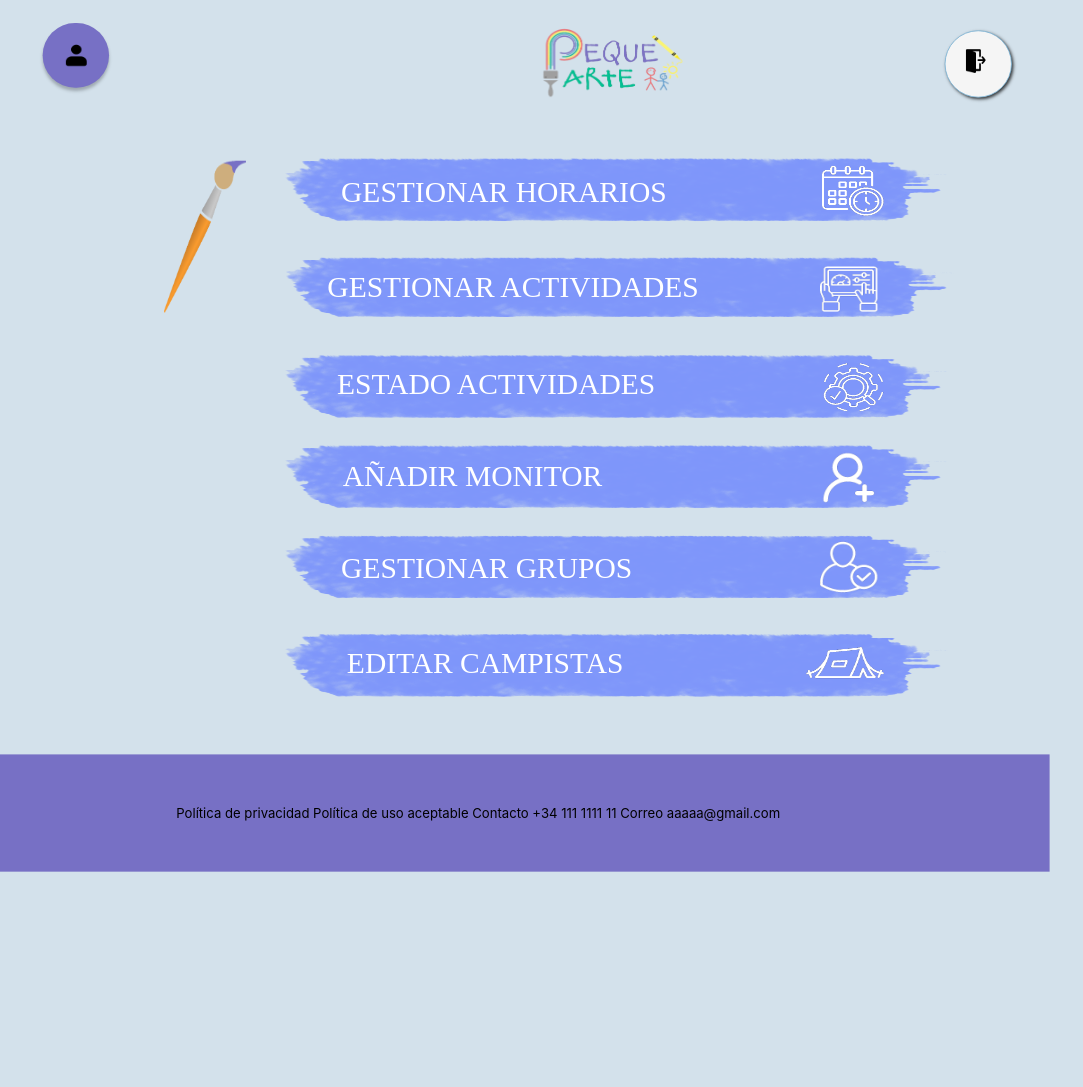
Repository: maariadomiingo/Proyecto-Integrador-Campamento
Page: html/interfaz_coordinador.html
The author's editor kept a copy of each file at every save. The page is drawn from the files as they stood at one save, then again after a run of saves.
The browser window is 1280 px wide. The page is 1321 px wide, so the pictures cover 1321 px, including what lies to the right of the window. The pictures show the whole page, at 82% of full size.

Above is the page before, as saved 2025-02-05 11:49:16.

### html/interfaz_coordinador.html
<!DOCTYPE html>
<html lang="es">
  <head>
    <meta charset="UTF-8" />
    <meta name="viewport" content="width=device-width, initial-scale=1.0" />
    <title>Documento</title>
    <link rel="stylesheet" href="../css/interfaz_coordinador.css" />
  </head>
  <body>
    <div class="contenedor">
      <div class="fondo"></div>
      <div class="circulo"></div>
      <img class="icono-usuario" src="../img/user.png" />
      <div class="circulo-salir"></div>
      <img class="icono-salir" src="../img/cerrar-sesion.png" />
      <div class="pie-de-pagina"></div>
      <div class="texto-pie-de-pagina">
        Política de privacidad Política de uso aceptable Contacto +34 111 1111
        11 Correo aaaaa@gmail.com
      </div>
      <div class="div-vacio"></div>
      <img class="trazo-pincel-1" src="../img/trazo-pincel.png" />
      <img class="trazo-pincel-2" src="../img/trazo-pincel.png" />
      <img class="trazo-pincel-3" src="../img/trazo-pincel.png" />
      <div class="agregar-monitor">
        <div class="texto-agregar-monitor">AÑADIR MONITOR</div>
      </div>
      <img class="icono-añadirMonitor" src="../img/anadir.png" />

      <img class="icono-estado-actividades" src="../img/actividades.png" />
      <img class="trazo-pincel-4" src="../img/trazo-pincel.png" />
      <div class="estado-actividades">
        <div class="texto-estado-actividades">ESTADO ACTIVIDADES</div>

      </div>


      <div class="gestionar-actividades">
        <img class="trazo-pincel-5" src="../img/trazo-pincel.png" />
        <div class="texto-gestionar-actividades">GESTIONAR ACTIVIDADES</div>
       </div>
       <img class="icono-actividades" src="../img/administrar.png" />

      <img class="pincel" src="../img/pincel.png" />
      <div class="div-vacio-2"></div>

<!--       GESTIONAR HORARIOS-->
       <img class="trazo-pincel-6" src="../img/trazo-pincel.png" class="imagen-horarios" />
      <div class="gestionar-horarios">
        <div class="texto-gestionar-horarios">GESTIONAR HORARIOS</div>
      </div>
      <img class="icono-horario" src="../img/calendario.png" />

      <img class="logo" src="../img/logo sin fondo.png" />
      <img class="icono-campistas" src="../img/campistas.png" />

      <div class="editar-campistas">EDITAR CAMPISTAS</div>

      <div class="gestionar-grupos">GESTIONAR GRUPOS</div>
      <img class="icon-gestionarGrupos" src="../img/pasarlista.png" />
      </div>
    </div>
  </body>
</html>

### css/interfaz_coordinador.css
body {
  margin: 0;
  padding: 0;
  font-family: Arial, sans-serif;
  background: #D3E1EB;
  width: 100%; /* Ocupa el 100% del ancho de la pantalla */
  overflow-x: hidden; /* Evita el desplazamiento horizontal */
}

.circulo {
  width: 81px;
  height: 79px;
  left: 52px;
  top: 28px;
  position: absolute;
  background: #7770C5;
  box-shadow: 0px 4px 4px rgba(0, 0, 0, 0.25);
  border-radius: 9999px;
}

.icono-usuario {
  width: 34px;
  height: 31px;
  left: 76px;
  top: 52px;
  position: absolute;
}

.circulo-salir {
  width: 80px;
  height: 80px;
  left: 90%;
  top: 37px;
  position: absolute;
  background: #F5F5F5;
  box-shadow: 2px 2px 4px rgba(0, 0, 0, 0.75);
  border-radius: 9999px;
  border: 1px #7AB3D7 solid;
}

.icono-salir {
  left: 92%;
  top: 60px;
  width: 24px;
  height: 29px;
  position: absolute;
}

.pie-de-pagina {
  width: 100%; /* Ajusta el ancho al 100% del viewport */
  height: 143px;
  left: 0px;
  top: 920px;
  position: absolute;
  background: #7770C5;
}

.texto-pie-de-pagina {
  width: 1009px;
  left: 215px;
  top: 982px;
  position: absolute;
  color: black;
  font-size: 16px;
  font-family: Inter;
  font-weight: 400;
  word-wrap: break-word;
}

.div-vacio {
  width: 407px;
  height: 125px;
  left: 187px;
  top: 300px;
  position: absolute;
}

.trazo-pincel-1,
.trazo-pincel-2,
.trazo-pincel-3,
.trazo-pincel-4,
.trazo-pincel-5,
.trazo-pincel-6 {
  width: 940px;
  height: 400px;
  left: 288px;
  position: absolute;
}

.trazo-pincel-1 { top: 630px; }
.trazo-pincel-2 { top: 510px; }
.trazo-pincel-3 { top: 400px; }
.trazo-pincel-4 { top: 290px; }
.trazo-pincel-5 { top: 510px; }
.trazo-pincel-6 { top: 50px; }

.agregar-monitor {
  width: 955px;
  height: 110px;
  left: 281px;
  top: 516px;
  position: absolute;
}

.agregar-monitor img {
  width: 955px;
  height: 114px;
  left: 0px;
  top: 0px;
  position: absolute;
}

.texto-agregar-monitor {
  width: 455px;
  height: 17.65px;
  left: 137px;
  top: 44px;
  position: absolute;
  color: white;
  font-size: 36px;
  font-family: Montserrat;
  font-weight: 500;
  word-wrap: break-word;
}

.estado-actividades {
  width: 955px;
  height: 114px;
  left: 284px;
  top: 402px;
  position: absolute;
}

.estado-actividades img {
  width: 955px;
  height: 114px;
  left: 0px;
  top: 0px;
  position: absolute;
}

.texto-estado-actividades {
  width: 533px;
  height: 18.30px;
  left: 127px;
  top: 46.41px;
  position: absolute;
  color: white;
  font-size: 36px;
  font-family: Montserrat;
  font-weight: 500;
  word-wrap: break-word;
}

.gestionar-actividades {
  width: 948px;
  height: 134px;
  left: 288px;
  top: 268px;
  position: relative;
}

.gestionar-actividades img {
  width: 948px;
  height: 380px;
  left: 0px;
  top: -90px;
  position: absolute;
}

.texto-gestionar-actividades {
  width: 566.81px;
  height: 21.51px;
  left: 111.19px;
  top: 61.17px;
  position: absolute;
  color: white;
  font-size: 36px;
  font-family: Montserrat;
  font-weight: 500;
  word-wrap: break-word;
}

.pincel {
  width: 100px;
  height: 185px;
  left: 300px;
  top: 381px;
  position: absolute;
  transform: rotate(180deg);
  transform-origin: 0 0;
}

.div-vacio-2 {
  width: 651px;
  height: 863px;
  left: 670px;
  top: 463px;
  position: absolute;
}

.gestionar-horarios {
  width: 962px;
  height: 128px;
  left: 288px;
  top: 152px;
  position: absolute;
}

.gestionar-horarios img {
  width: 962px;
  height: 128px;
  left: 0px;
  top: 0px;
  position: absolute;
}

.imagen-horarios {
  width: 26px;
  height: 256px;
  left: 674.91px;
  top: 44.25px;
  position: absolute;
}

.texto-gestionar-horarios {
  width: 584.25px;
  height: 20.54px;
  left: 127.93px;
  top: 60.84px;
  position: absolute;
  color: white;
  font-size: 36px;
  font-family: Montserrat;
  font-weight: 500;
  word-wrap: break-word;
}

.icono-horario {
  width: 80px;
  height: 65px;
  left: 1000px;
  top: 200px;
  position: absolute;
}

.icono-actividades {
  width: 80px;
  height: 65px;
  left: 1000px;
  top: 440px;
  position: absolute;
}

.icono-gestionar {
  width: 80px;
  height: 65px;
  left: 1000px;
  top: 200px;
  position: absolute;
}

.icono-estado-actividades {
  width: 70px;
  height: 55px;
  left: 1000px;
  top: 325px;
  position: absolute;
  z-index: 1;
}

.icono-añadirMonitor {
  width: 70px;
  height: 65px;
  left: 1000px;
  top: 550px;
  position: absolute;
}

.icon-gestionarGrupos {
  width: 70px;
  height: 63px;
  left: 1000px;
  top: 660px;
  position: absolute;
}

.logo {
  width: 194px;
  height: 103px;
  left: 647px;
  top: 25px;
  position: absolute;
}

.icono-campistas {
  width: 95px;
  height: 80px;
  left: 983px;
  top: 768px;
  position: absolute;
}

.div-vacio-3 {
  width: 100px;
  height: 100px;
  left: 646px;
  top: 210px;
  position: absolute;
}

.editar-campistas {
  width: 455px;
  height: 60px;
  left: 423px;
  top: 788px;
  position: absolute;
  color: white;
  font-size: 36px;
  font-family: Montserrat;
  font-weight: 500;
  word-wrap: break-word;
}

.gestionar-grupos {
  width: 455px;
  height: 17.65px;
  left: 416px;
  top: 672px;
  position: absolute;
  color: white;
  font-size: 36px;
  font-family: Montserrat;
  font-weight: 500;
  word-wrap: break-word;
}

.rectangulo-pequeno {
  width: 69px;
  height: 70px;
  padding-left: 5.75px;
  padding-right: 5.75px;
  padding-top: 17.50px;
  padding-bottom: 17.50px;
  left: 966px;
  top: 655px;
  position: absolute;
  flex-direction: column;
  justify-content: center;
  align-items: center;
  display: inline-flex;
}

.rectangulo-interno {
  width: 57.50px;
  height: 35px;
  background: white;
}

.imagen-pequena-1 {
  width: 77px;
  height: 78px;
}

.imagen-pequena-2 {
  width: 77px;
  height: 73px;
}

.imagen-pequena-3 {
  width: 46px;
  height: 49px;
}

After the next 3 saves:
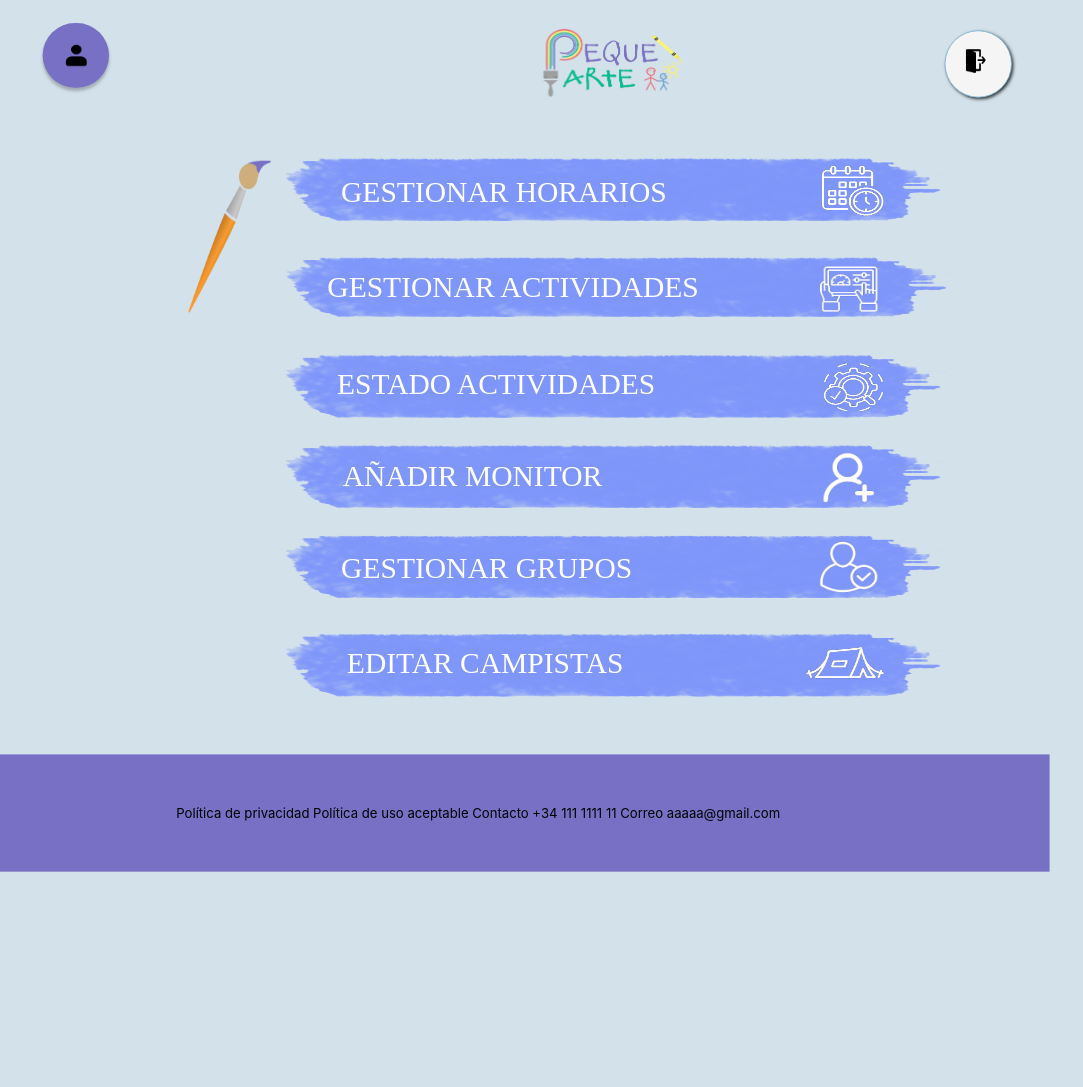
The 3 saves are shown as one change because they came seconds apart.
The last was saved 9 s later.
--- a/css/interfaz_coordinador.css
+++ b/css/interfaz_coordinador.css
@@ -184,7 +184,7 @@ body {
 .pincel {
   width: 100px;
   height: 185px;
-  left: 300px;
+  left: 330px;
   top: 381px;
   position: absolute;
   transform: rotate(180deg);
